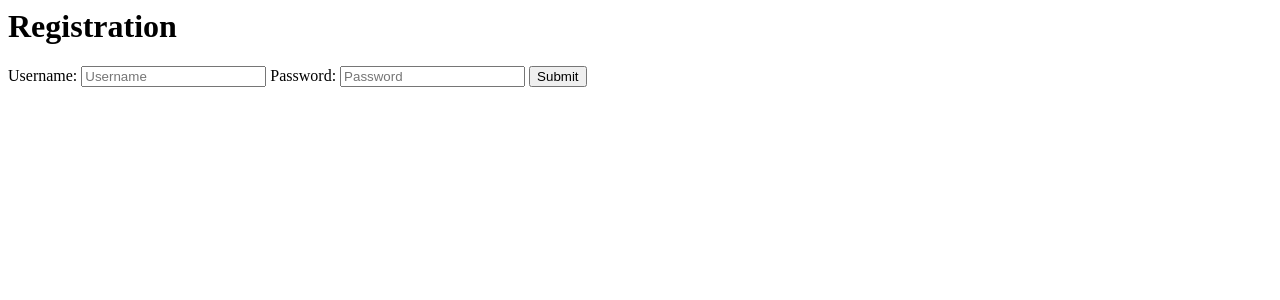
Repository: Puritanic/node_projects
Page: http://localhost/register
The author's editor kept a record of every edit. The page is drawn from the files as they stood at one moment, then again after the next edit.
The browser window is 1280 px wide. The pictures show the whole page.
The page is served by the project's Node server (Authentication/AuthDemo/app.js). Other server files are loaded and not shown.

Above is the page before.

### Authentication/AuthDemo/views/register.ejs


<h1>Registration</h1>

<form action="/register" method="POST">
    <label for="username">Username: </label>
    <input type="text" placeholder="Username" name="username">
     <label for="password">Password: </label>
    <input type="password" placeholder="Password" name="password">
    <button>Submit</button>
</form>

### Authentication/AuthDemo/app.js
var express             = require('express'),
app                     = express(),
User                    = require('./models/user'),
mongoose                = require('mongoose'),
passport                = require('passport'),
bodyParser              = require('body-parser'),
LocalStrategy           = require('passport-local'),
passportLocalMongoose   = require('passport-local-mongoose');


// app setup    //////////////

app.use(require('express-session')({
    secret: 'This looks complicated',
    resave: false,
    saveUninitialized: false
}));
mongoose.Promise = global.Promise;
mongoose.connect('mongodb://localhost/auth_demo');
app.set('view engine', 'ejs');
app.use(passport.initialize());
app.use(passport.session());
app.use(bodyParser.urlencoded({
    extended: true
}));
passport.use(new LocalStrategy(User.authenticate()));
passport.serializeUser(User.serializeUser());
passport.deserializeUser(User.deserializeUser());


// routes /////////

app.get('/', function(req, res ){
    res.render('home');
});

app.get('/secret', isLogedIn, function(req, res){
    res.render('secret');
});


// Auth routes ////

// show signUp form
app.get('/register', function(req, res) {
    res.render('register');
});
// handle user signUp
app.post('/register', function(req, res){
    User.register(new User({username: req.body.username}), req.body.password, function(err, user){
        if(err){
            console.log(err);
            return res.render('register');
        } else {
            passport.authenticate('local')(req, res, function(){
                res.redirect('/secret');
            });
        }
    });
});

// login routes

// render login form
app.get('/login', function(req, res){
   res.render('login');
});
// handle login process logic
// middleware is a code that runs before callback here
app.post('/login', passport.authenticate('local', {
    successRedirect: '/secret',
    failureRedirect: '/login'
}), function(req, res){

});
// logout route
app.get('/logout', function(req, res){
    req.logout();
    res.redirect('/');
});


function isLogedIn(req, res, next){
    if(req.isAuthenticated()){
        return next();
    }
    res.redirect('/login');
}

app.listen(process.env.PORT, process.env.IP, function() {
    console.log('Server Up and Going!');
});

After the next edit:
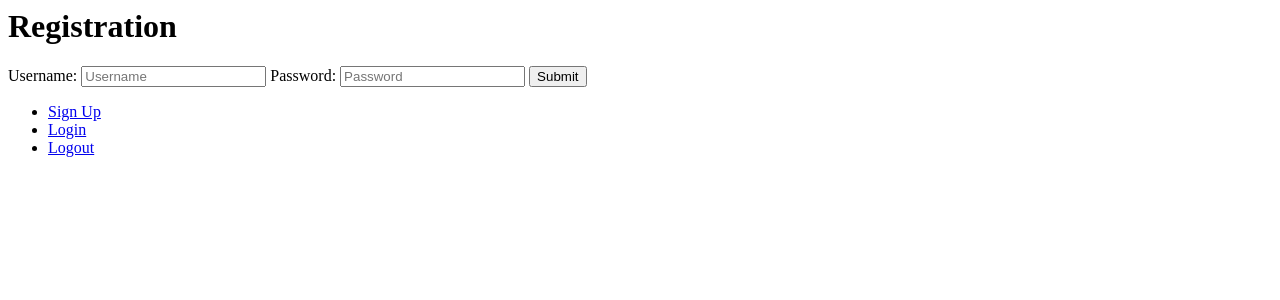
The edit:
--- a/Authentication/AuthDemo/views/register.ejs
+++ b/Authentication/AuthDemo/views/register.ejs
@@ -9,3 +9,10 @@
     <input type="password" placeholder="Password" name="password">
     <button>Submit</button>
 </form>
+
+
+<ul>
+    <li><a href="/register">Sign Up</a></li>
+    <li><a href="/login">Login</a></li>
+    <li><a href="/logout">Logout</a></li>
+</ul>
